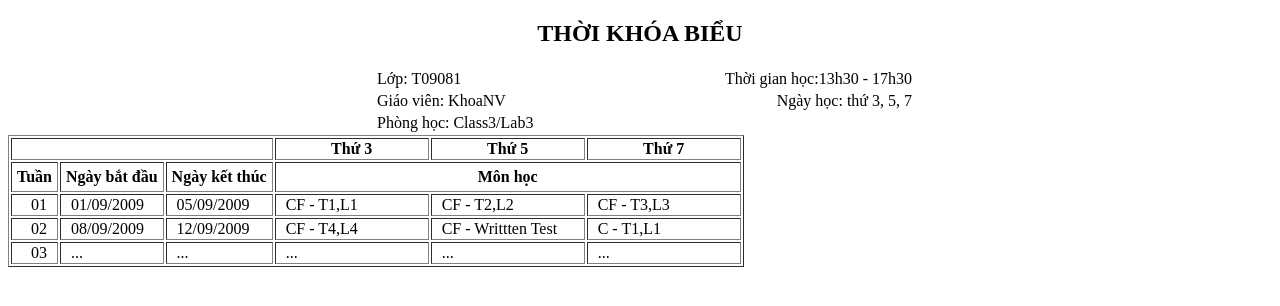
Repository: Lehuyhuynh/BT1-HTML
Page: index.html
An editor plug-in stored every save of this project. The page is shown before and after a run of saves, followed by the edit.
The browser window is 1280 px wide. The pictures show the whole page.

Above is the page before, as saved 2023-08-06 22:15:01.

After the next 2 saves:
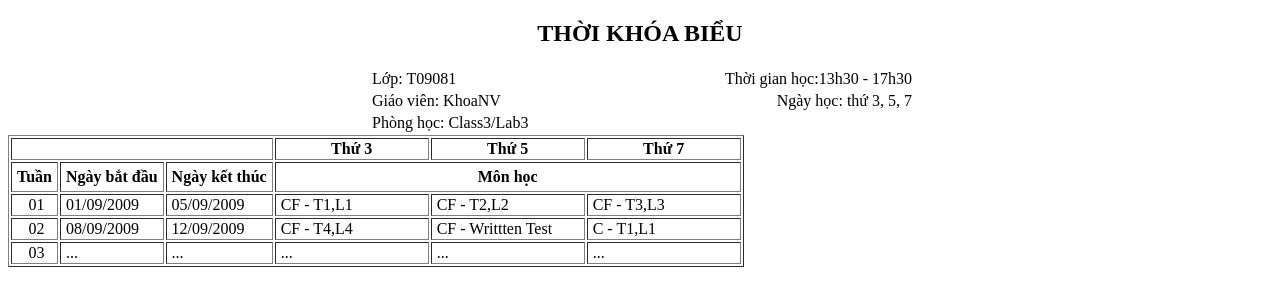
The 2 saves are shown as one change because they came seconds apart.
The last was saved 42 s later.
--- a/index.html
+++ b/index.html
@@ -37,7 +37,7 @@
       text-align: center;
     }
     td{
-      padding-left: 10px;
+      padding-left: 5px;
     }
 
   </style>
